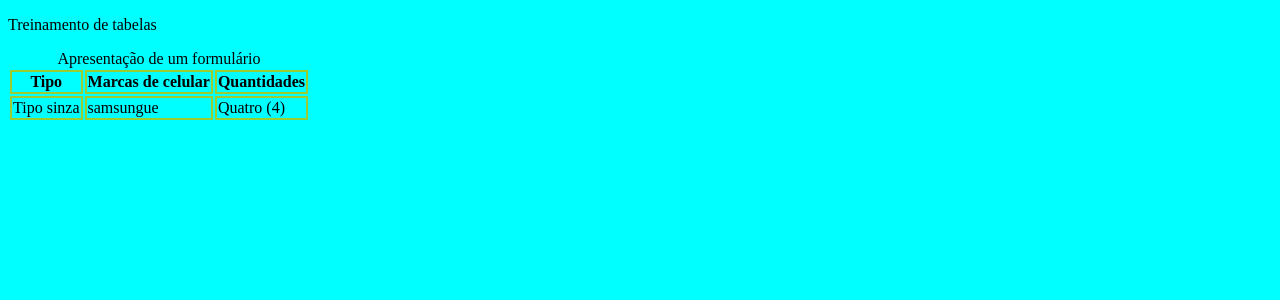
Repository: Vilmar-Freire/ESTUDOS-01-vilmar
Page: workspaces/SO-FIXAÇÃO-HTML/tabela.html
These files come from the project's save history. The page is drawn as it stood at one moment and after a run of saves; the edit follows.
The browser window is 1280 px wide. The pictures show the whole page.

Above is the page before, as saved 2026-08-17 13:30:58.

### workspaces/SO-FIXAÇÃO-HTML/tabela.html
<!DOCTYPE html>
<html lang="pt-BR">
<head>
    <meta charset="UTF-8">
    <meta name="language" content="pt-BR">
    <meta name="keywords" content="Programacao, html, css, JavaScript">
    <meta name="author" content="Vilmar Freire">
    <meta name="description" content="Tabelas">
    <link rel="stylesheet" href="./tabela.css">
    <meta name="viewport" content="width=device-width, initial-scale=1.0">
    <title>Tabelas</title>
</head>
<body>
    <p>Treinamento de tabelas</p>
    <table>
        <caption>Apresentação de um formulário</caption>
        <thead>
            <th>Tipo</th>
            <th>Marcas de celular</th>
            <th>Quantidades</th>
        </thead>

        <tbody>
            <tr>
                <td>Tipo sinza</td>
                <td>samsungue</td>
                <td>Quatro (4)</td>
            </tr>
        </tbody>
    </table>
</body>
</html>

### workspaces/SO-FIXAÇÃO-HTML/tabela.css
body{
    background-color: aqua;
}

table th, table td{
    border: 2px solid yellowgreen;
}

table{
    border-c;
}

After the next 2 saves:
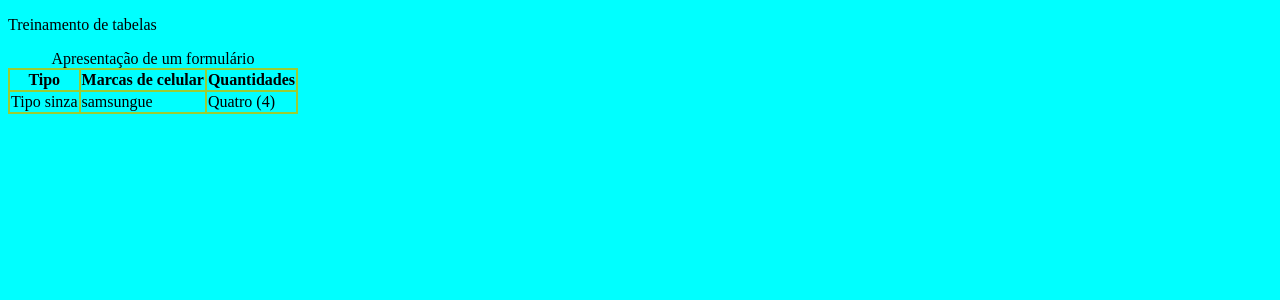
The 2 saves are shown as one change because they came seconds apart.
The last was saved 5 s later.
--- a/workspaces/SO-FIXAÇÃO-HTML/tabela.css
+++ b/workspaces/SO-FIXAÇÃO-HTML/tabela.css
@@ -7,5 +7,5 @@ table th, table td{
 }
 
 table{
-    border-c;
+    border-collapse: collapse;
 }
